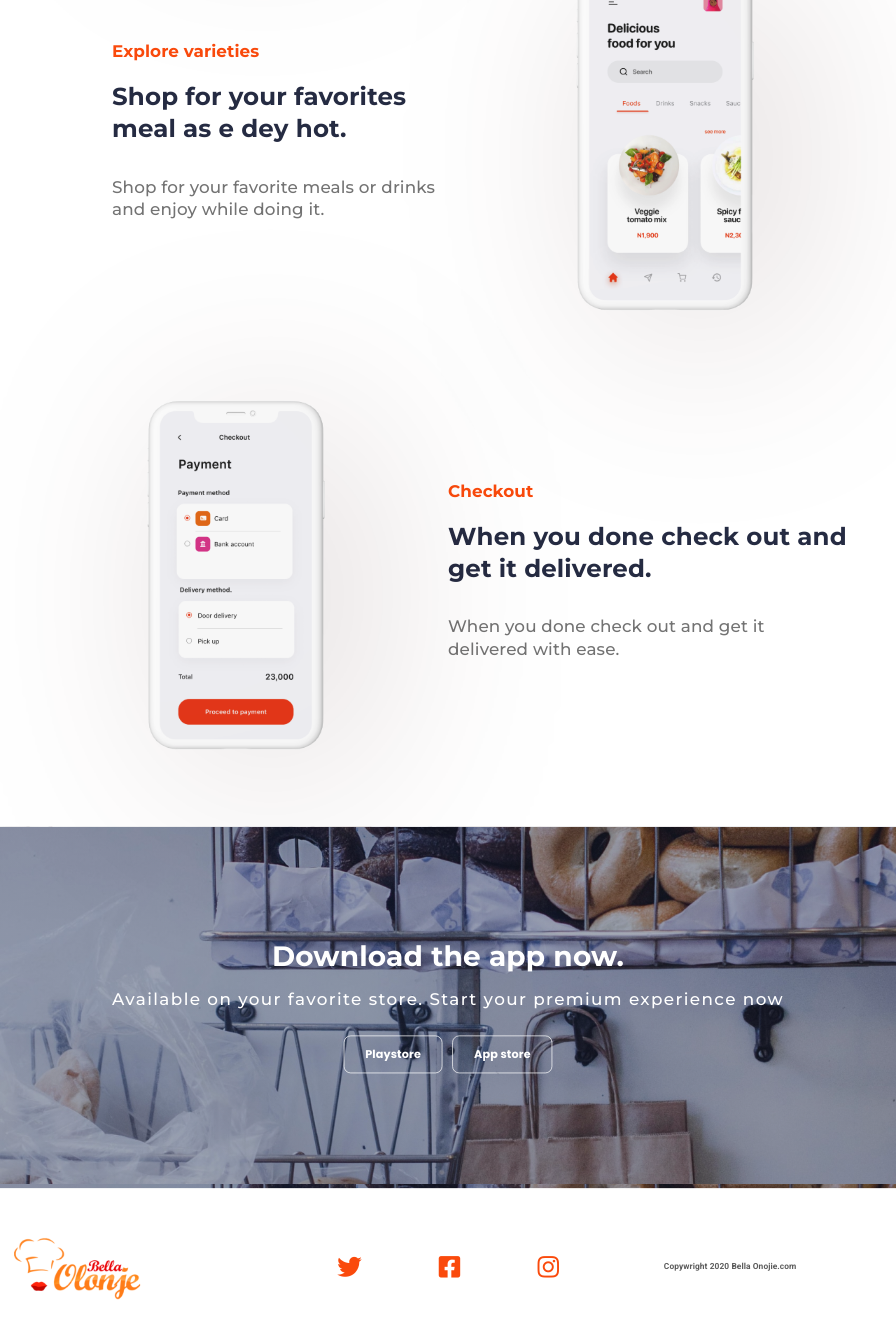
Repository: hoangnguyendev19/food_app
Page: index.html
These files come from the project's save history. The page is drawn as it stood at one moment and after the next save; the edit follows.
The browser window is 1280 px wide. The pictures show the part of the page from y = 2385 to 4305 px (the page is 4305 px tall), at 70% of full size.
Some web libraries are served in a nearby version. The style sheet was rebuilt from its Sass, Less or Tailwind sources for each picture, by a compiler version that may differ from the author's.

Above is the page before, as saved 2021-11-08 22:46:37.

After the next save:
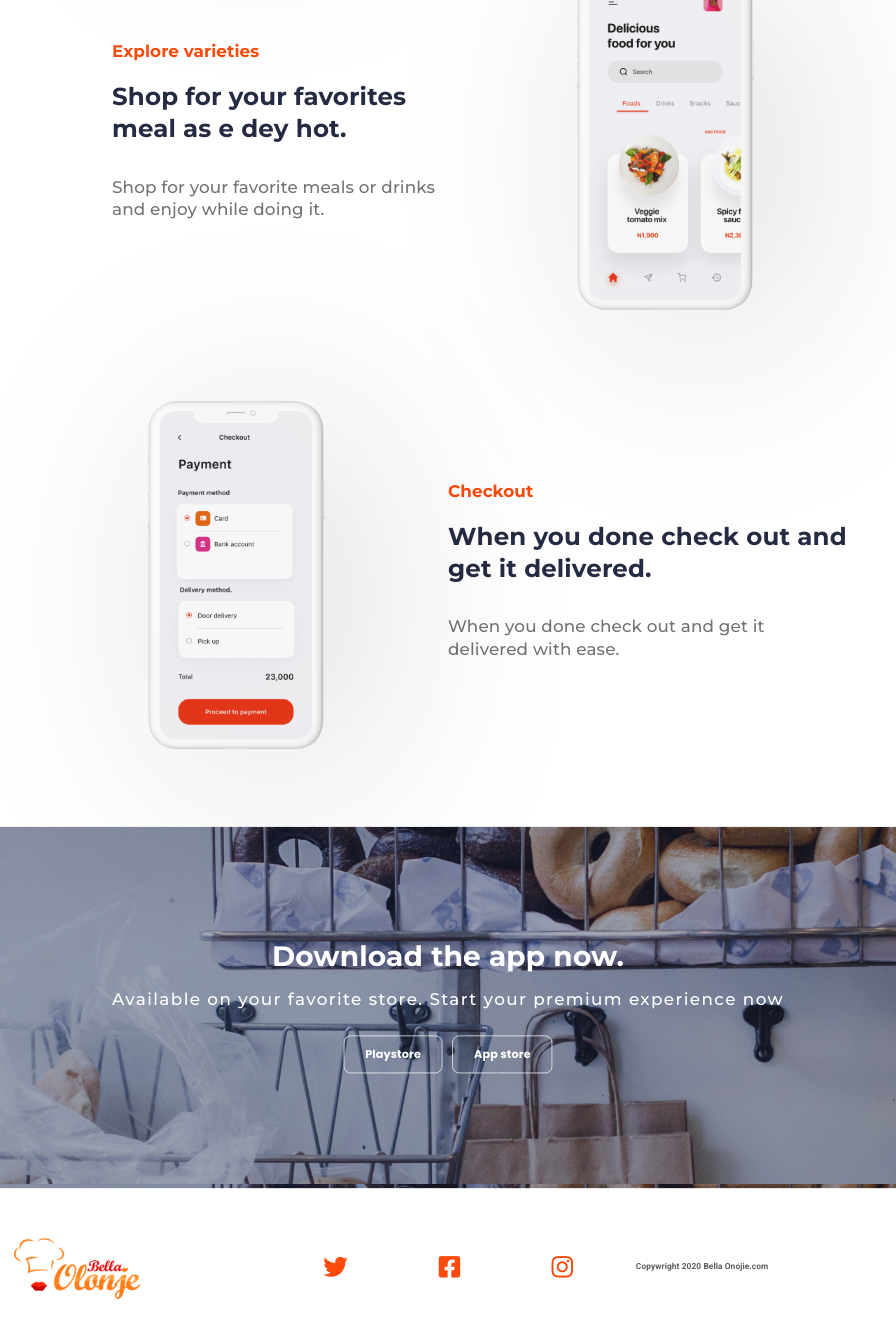
Saved 59 s later.
--- a/app/styles/layout/_footer.scss
+++ b/app/styles/layout/_footer.scss
@@ -29,7 +29,7 @@
         &__image,
         &__copyright,
         &__social {
-            width: calc(33.33% - 10rem);
+            width: calc(33.33% - 6rem);
         }
     }
 }
